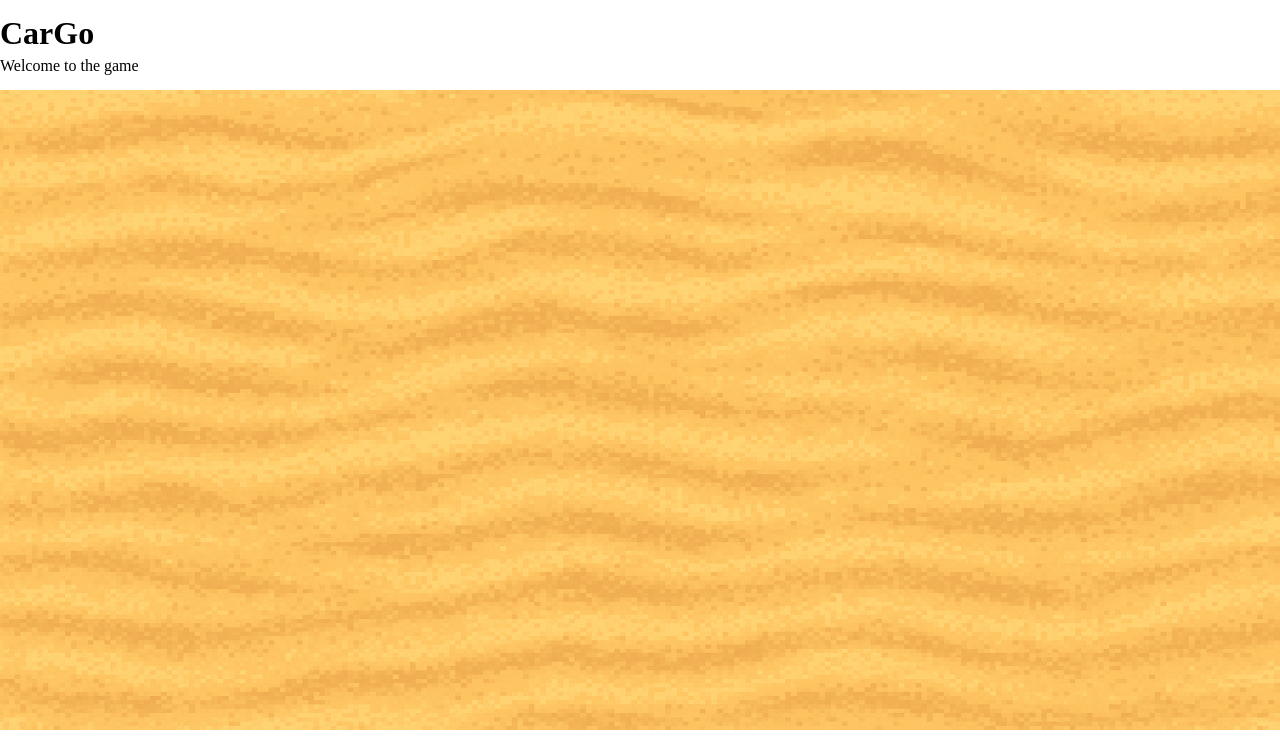
Repository: btgoo/game
Page: car.html
These files come from the project's save history. The page is drawn as it stood at one moment and after a run of saves; the edit follows.
The browser window is 1280 px wide. The pictures show the whole page.

Above is the page before, as saved 2025-10-25 19:05:49.
Console error: ReferenceError: obstacles is not defined

After the next 2 saves:
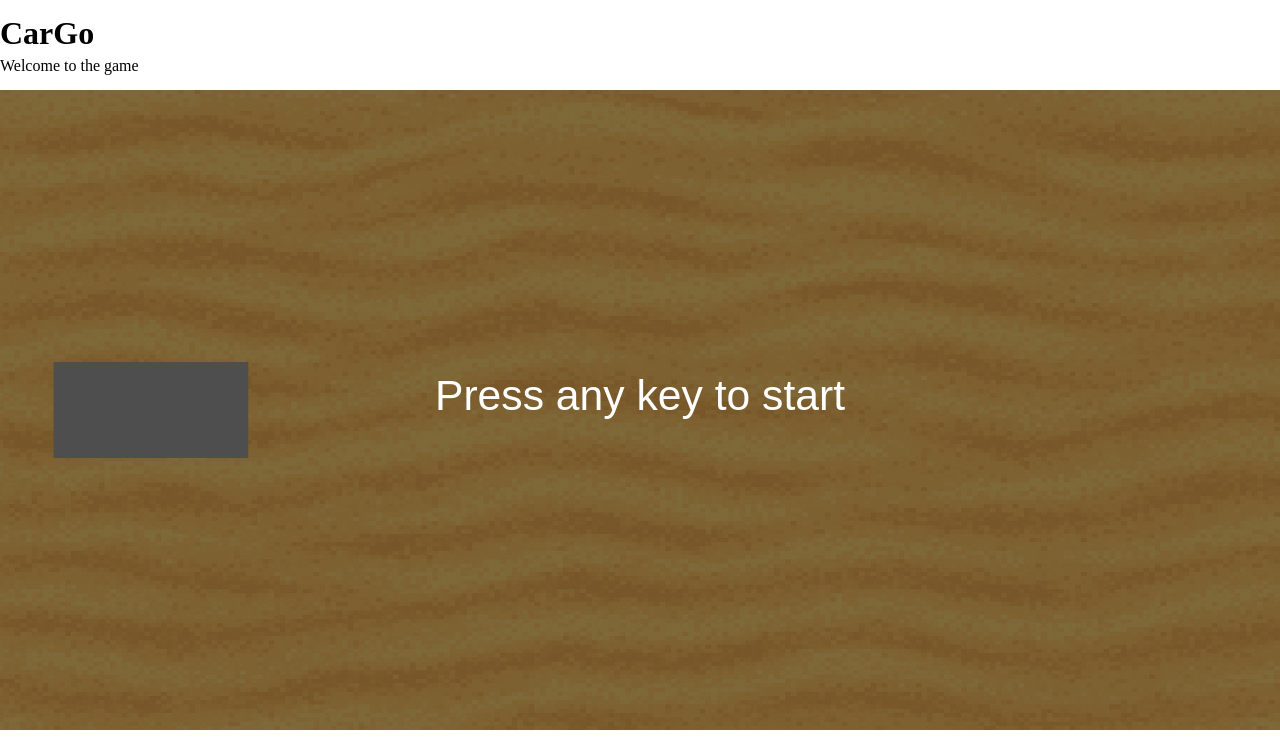
The error is gone.
The 2 saves are shown as one change because they came seconds apart.
The last was saved 69 s later.
--- a/carscript.js
+++ b/carscript.js
@@ -22,6 +22,9 @@ let car = {
   lane: 2,
 };
 
+let obstacles = []; // <--- store active obstacles
+let obstacleTimer = 0; // for spawn timing
+let obstacleInterval = 120;
 let lanes = [];
 
 function setupLanes() {
